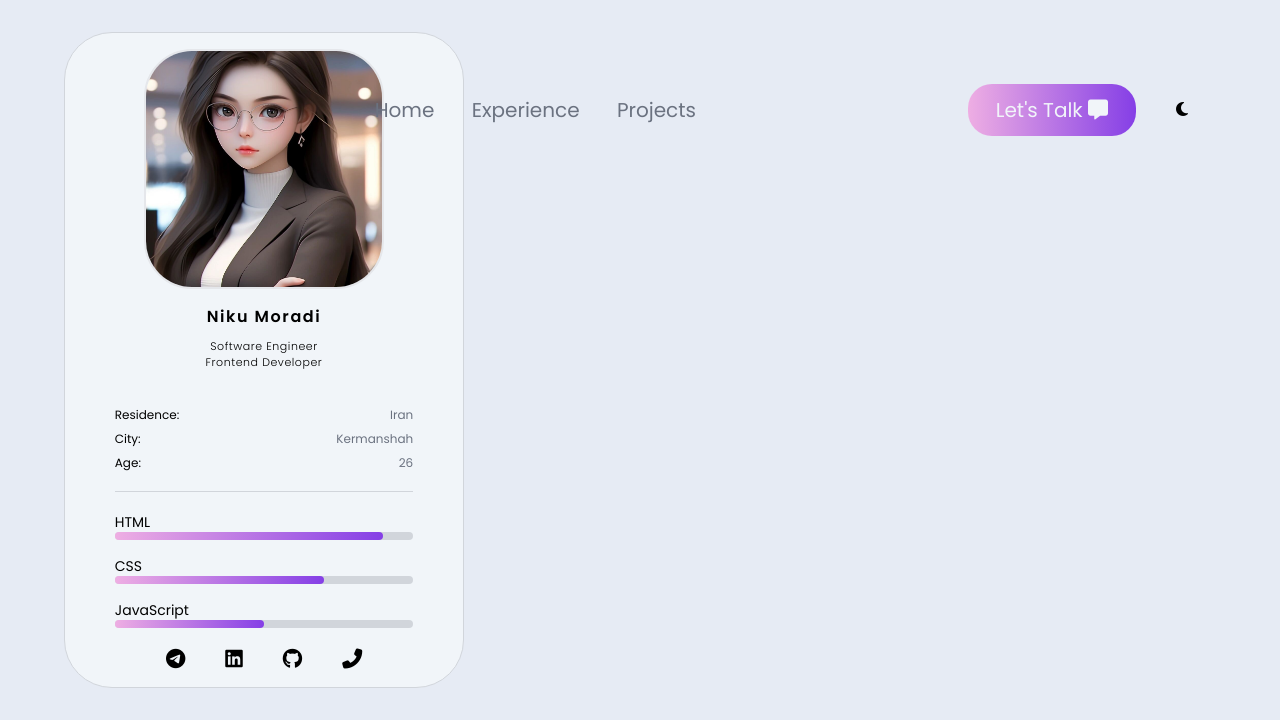
Repository: NikuMoradi/niku-moradi
Page: /
The author's editor kept a copy of each file at every save. The page is drawn from the files as they stood at one save, then again after the next save.
The browser window is 1280 px wide. The pictures show the whole page.
The project was rebuilt for these pictures with package versions that can differ from the ones it lists, and the page was loaded fresh each time. The framework's server and built-in components were replaced by stand-ins that run in the browser. Also part of the build but not shown: nuxt.config.ts, components/Blog Posts/Component-Design.vue, components/Blog.vue, components/Contact.vue, components/Education.vue, components/Experience.vue, components/Hero.vue, components/Menu.vue and 3 more.

Above is the page before, as saved 2024-12-01 11:59:36.

After the next save:
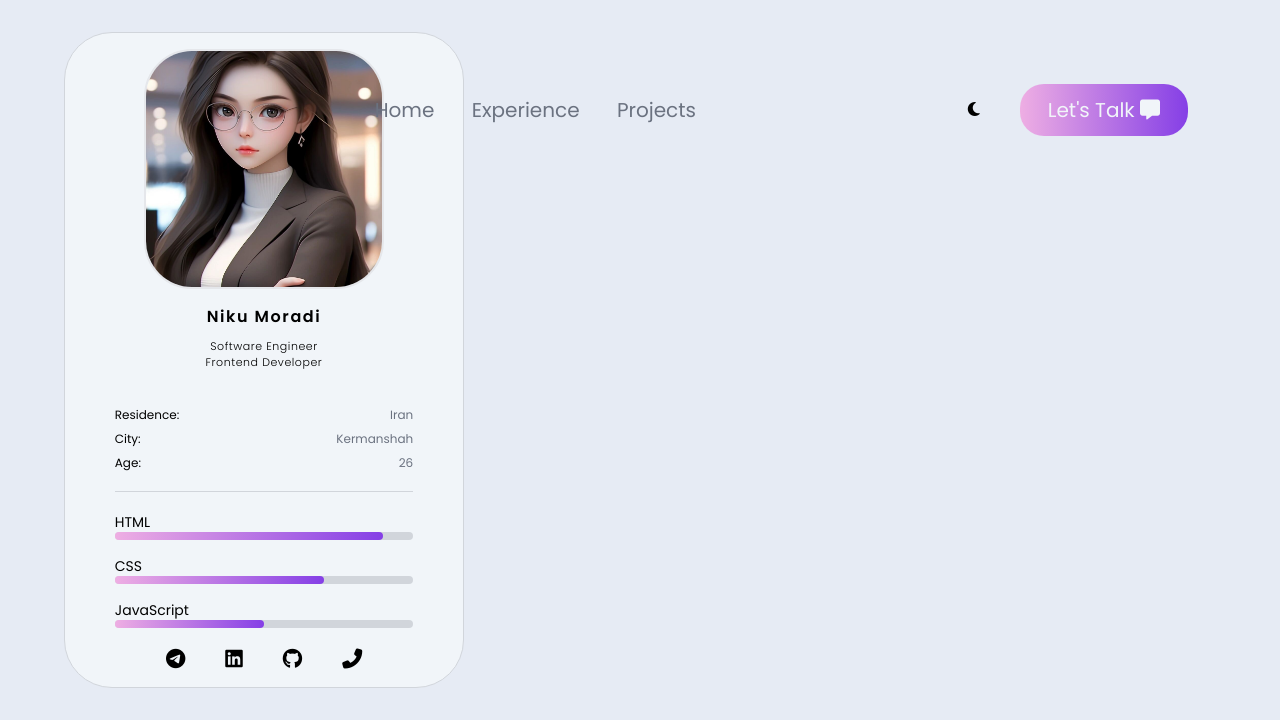
Saved 8 s later.
--- a/components/Navbar.vue
+++ b/components/Navbar.vue
@@ -33,15 +33,15 @@
       <!-- Blog -->
     </div>
     <div class="flex space-x-10">
+      <button>
+        <i class="fa fa-moon"></i>
+      </button>
       <button
         class="py-3 px-7 rounded-3xl text-xl text-slate-100 bg-primary-gradient"
       >
         Let's Talk
         <i class="fa fa-message"></i>
       </button>
-      <button>
-        <i class="fa fa-moon"></i>
-      </button>
     </div>
   </div>
 </template>
